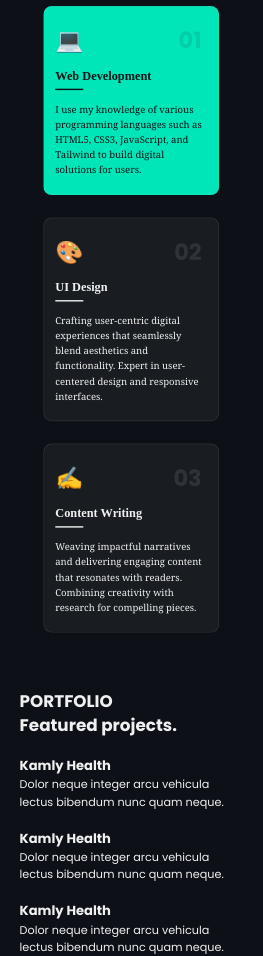
Repository: Austinokezie/Myportfolio
Page: index.html
The author's editor kept a copy of each file at every save. The page is drawn from the files as they stood at one save, then again after the next save.
The browser window is 375 px wide. The pictures show the part of the page from y = 1054 to 3294 px (the page is 2420 px tall before and 3294 px after), at 70% of full size.
Some web fonts or font styles are not loaded; a fallback is used.

Above is the page before, as saved 2025-10-14 14:41:10.

After the next save:
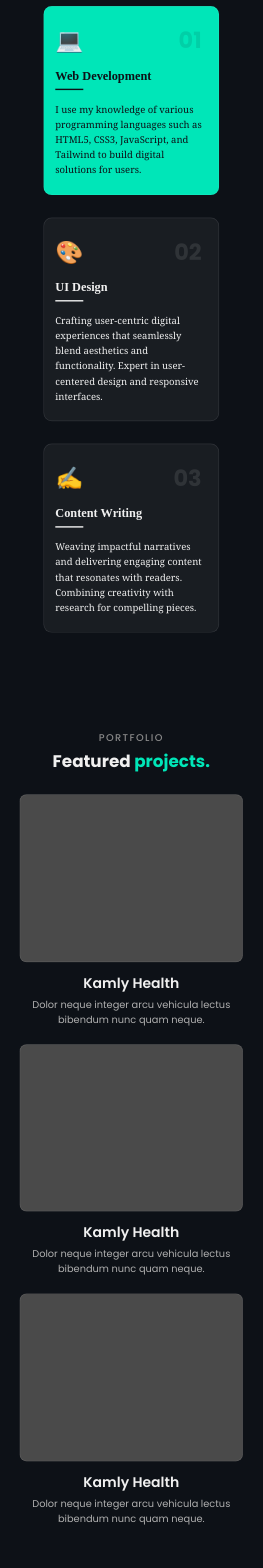
Saved 7 s later.
--- a/style.css
+++ b/style.css
@@ -379,6 +379,139 @@ header {
     font-size: 1.5rem;
     } */
 
+}
+
+
+/* General Reset and Body Styling (Adjust as needed for your site) */
+/* body {
+    background-color: #121212; /* Dark background color (similar to the image) */
+    /* color: #e0e0e0; Light text color */
+    /* font-family: sans-serif; Use a common sans-serif font */
+    /* margin: 0;
+    padding: 0; */
+ */
+
+/* Container for Centering and Padding */
+.container {
+    max-width: 1200px; /* Max width for content */
+    margin: 0 auto;
+    padding: 20px;
+}
+
+/* Portfolio Section Styling */
+.portfolio-section {
+    padding: 60px 0;
+    text-align: center; /* Center the section titles */
+}
+
+/* Titles */
+.portfolio-title {
+    font-size: 14px;
+    font-weight: 500;
+    letter-spacing: 2px;
+    color: #888; /* Lighter color for the subtitle */
+    margin-bottom: 5px;
+    text-transform: uppercase;
+}
+
+.featured-projects {
+    font-size: 36px;
+    font-weight: 700;
+    margin-top: 0;
+    margin-bottom: 40px;
+}
+.featured-projects span{
+    color: #00e6b8;
+}
+
+/* Projects Grid (Desktop/Default) */
+.projects-grid {
+    display: flex;
+    justify-content: space-between; /* Space out the cards */
+    gap: 30px; /* Space between cards */
+}
+
+/* Project Card Styling */
+.project-card {
+    flex: 1 1 30%; /* Allows cards to grow/shrink, starting at ~30% width */
+    text-align: left; /* Align text within the card to the left */
+}
+
+/* Project Image/Design Placeholder Styling */
+.project-image-placeholder {
+    /* Styles to mimic the screenshot's project display area */
+    width: 100%;
+    /* Aspect ratio for the image, approx 3:2 based on the photo */
+    padding-top: 66.66%; /* 2/3 of the width (300px wide, 200px high) */
+    background-color: #4a4a4a; /* Darker placeholder background */
+    border-radius: 10px;
+    margin-bottom: 15px;
+    position: relative;
+    overflow: hidden;
+    /* Optional: Add a light border to mimic the UI screenshot */
+    border: 1px solid rgba(255, 255, 255, 0.1);
+}
+
+/* Text within the Card */
+.project-name {
+    font-size: 20px;
+    font-weight: 600;
+    margin: 0 0 5px 0;
+}
+
+.project-description {
+    font-size: 14px;
+    color: #b0b0b0;
+    line-height: 1.5;
+    margin: 0;
+}
+
+
+/* ------------------------------------------------------------------ */
+/* MEDIA QUERIES                              */
+/* ------------------------------------------------------------------ */
+
+
+/* Media Query for screens up to 600px wide (Tablets/Large Phones in Portrait) */
+@media (max-width: 600px) {
+    /* Change the grid to stack two cards per row */
+    .projects-grid {
+        flex-wrap: wrap; /* Allow cards to wrap to the next line */
+        justify-content: center;
+        gap: 20px; /* Reduce gap slightly */
+    }
+
+    .project-card {
+        flex: 1 1 calc(50% - 20px); /* Two cards per row with gap taken into account */
+        max-width: calc(50% - 10px); /* Ensuring space for the gap */
+    }
+
+    .featured-projects {
+        font-size: 30px; /* Slightly smaller title */
+    }
+}
+
+/* Media Query for screens up to 400px wide (Small Phones in Portrait) */
+@media (max-width: 400px) {
+    /* Change the grid to stack one card per row */
+    .projects-grid {
+        gap: 25px;
+    }
+
+    .project-card {
+        flex: 1 1 100%; /* One card per row, full width */
+        max-width: 100%;
+        text-align: center; /* Center text for full-width view */
+    }
+
+    .project-name {
+        margin-top: 10px; /* Add a little more space above the name */
+    }
+
+    .featured-projects {
+        font-size: 24px; /* Even smaller title */
+        margin-bottom: 30px;
+    }
 }
 
 
